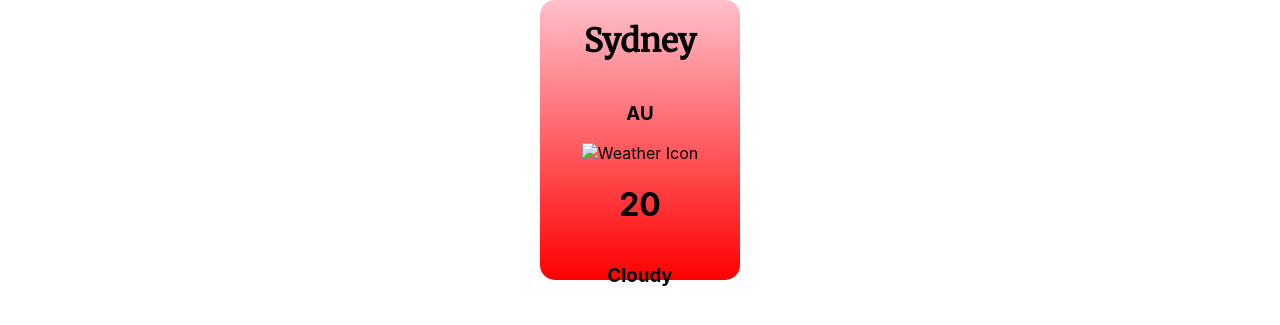
Repository: sayrilamar/chumsweatherapp
Page: /
These files come from the project's save history. The page is drawn as it stood at one moment and after the next save; the edit follows.
The browser window is 1280 px wide. The pictures show the whole page.
The project was rebuilt for these pictures with package versions that can differ from the ones it lists, and the page was loaded fresh each time.

Above is the page before, as saved 2020-04-16 19:52:43.

### src/App.js
import React from "react";
import "./App.css";
import WeatherCard from "./weathercard.js";

function App() {
  return (
    <div className="App">
      <WeatherCard/>
    </div>
  );
}

export default App;

### src/App.css
@import url('https://fonts.googleapis.com/css?family=Merriweather|Fira+Sans&display=swap');


.App {
  margin: 0 auto;
}

.card {
  margin: 0 auto;
  background: linear-gradient(to top, red, pink);
  width: 200px;
  height: 280px;
  display: flex;
  flex-direction: column;
  justify-content: space-between;
  align-items: center;
  border-radius: 15px;
}

.city {
  font-family: 'Merriweather', sans-serif;
}

### src/weathercard.js
import React from "react";

const WeatherCard = props => {
    return (
        <div className="card">
            <h1 className="city">Sydney</h1>
            <h3 className="country">AU</h3>
            <img className="icon" src="" alt="Weather Icon"/>
            <h1 className="temp">20</h1>
            <h3 className="condition">Cloudy</h3>
        </div>
    );
};

export default WeatherCard;

Loaded but not shown: public/index.html (common file); src/index.js (common file); src/index.css (common file); src/serviceWorker.js (common file)

After the next save:
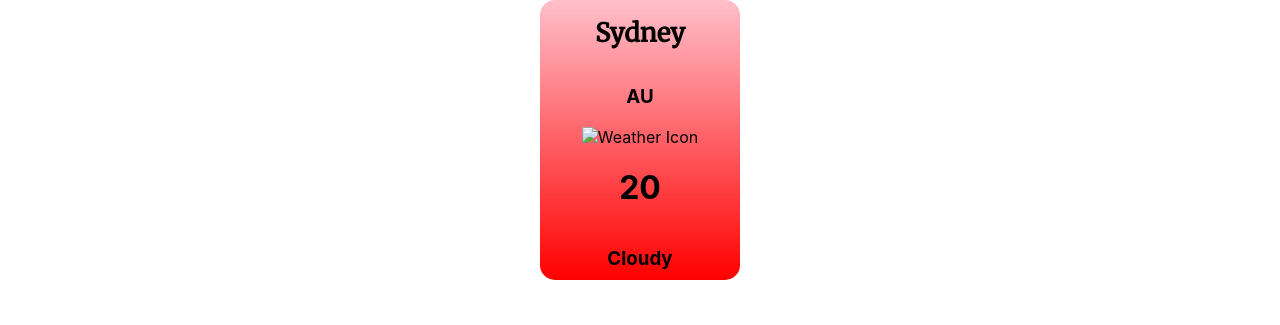
Saved 44 s later.
--- a/src/App.css
+++ b/src/App.css
@@ -19,4 +19,5 @@
 
 .city {
   font-family: 'Merriweather', sans-serif;
+  font-size: 1.6em;
 }
